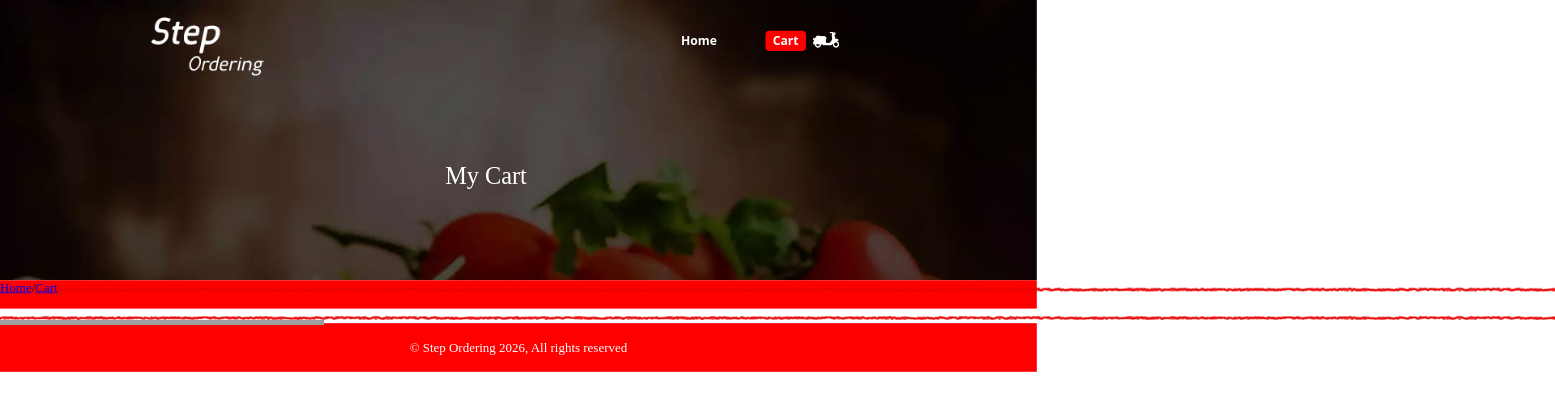
Repository: anastasia29-step/OnlineRestaurant
Page: Cart.html
The author's editor kept a copy of each file at every save. The page is drawn from the files as they stood at one save, then again after the next save.
The browser window is 1280 px wide. The page is 1920 px wide, so the pictures cover 1920 px, including what lies to the right of the window. The pictures show the whole page, at 81% of full size.
Pictures or frames that could not be fetched are drawn as grey boxes.

Above is the page before, as saved 2026-03-11 20:25:25.

### Cart.html
<!DOCTYPE html>
<html lang="en">
<head>
    <meta charset="UTF-8">
    <meta name="viewport" content="width=device-width, initial-scale=1.0">
    <title>Document</title>
    <link rel="stylesheet" href="./cart.css">
    <link rel="stylesheet" href="./style.css">
</head>
<body>
    <section class="FirstLine">

        <div class="beside" id="navbar">
            <div class="left">
                <a href="./index.html"><img src="./photo/logo.png" alt=""></a>
            </div>

            <div class="right">
                <a href="./index.html">Home</a>
                <a href="./Cart.html" class="a">Cart</a>
                <a href="./Cart.html">
                    <img src="./photo/istockphoto-609074524-612x612 Background Removed.png" alt=""></a>
            </div>
        </div>

        <div class="bottom">
            <h1>My Cart</h1>
        </div>

    </section>

        <img src="./photo/border.png" alt="">
    <section class="SecondLine">
        <a href="./index.html">Home</a>
        <p>/</p>
        <a href="./Cart.html">Cart</a>
    </section>
        <img src="./photo/border.png" alt="">


    <footer>
            <p>© Step Ordering 2026, All rights reserved</p>
    </footer>
</body>
</html>

### cart.css
* {
    margin: 0;
    padding: 0;
    box-sizing: border-box;
}

section.SecondLine {
    background-color: #FF0000;
    height: 35px;
    display: flex;
    width: 100%;
    margin-top: -18px;
}

.firBorder {
    width: 100%;
    height: 5px;
    margin-top: -15px;
}

### style.css
* {
    margin: 0;
    padding: 0;
    box-sizing: border-box;
}

.section {
    display: flex;
    flex-direction: column;
    justify-content: center;
    align-items: center;
    padding: 60px;
    gap: 10px;
}

section.section img {
    width: 80%;
    height: 5px;
    display: flex;
    justify-content: center;
    align-items: center;
}

.section h1 {
    font-style: bold;
    font-family: "Roboto Slab", serif;
    font-weight: 900;
}

ul {
    display: flex;
    justify-content: center;
    height: 80px;
    flex-wrap: wrap;
    list-style: none;
    font-weight: 400;
    gap: 18px;
    font-family: system-ui, -apple-system, BlinkMacSystemFont, 'Segoe UI', Roboto, Oxygen, Ubuntu, Cantarell, 'Open Sans', 'Helvetica Neue', sans-serif;
    align-items: center;
    margin-bottom: -12px;
}

ul::after {
    content: "";
    display: block;
    height: 6px;
    background-image: url("border.png");
    background-repeat: repeat-x;
    background-position: bottom;
}

.FirstLine {
    height: 48vh;
    background-image: url(./photo/inner_banner.jpg);
    background-position: center;
    background-repeat: no-repeat;
    background-size: cover;
    padding-left: 170px;
    padding-top: 20px;
}

.beside {
    position: fixed;
    top: 0;
    left: 0;
    width: 100%;
    display: flex;
    justify-content: space-between;
    padding: 20px 170px;
    transition: 0.3s;
    z-index: 1000;
}

.beside.active {
    background: rgba(5, 5, 5, 0.8);
}

.beside.active::after {
    content: "";
    position: absolute;
    bottom: 0;
    left: 0;
    width: 100%;
    height: 100px;
    background-image: url("photo/border.png");
    background-repeat: repeat-x;
    content: "";
    position: absolute;
    bottom: 0;
    left: 0;
    width: 100%;
    height: 5px;
    background-image: url("photo/border.png");
    background-repeat: repeat-x;
}

.beside .right {
    display: flex;
    gap: 20px;
    padding-right: 60px;
    padding-top: 20px;
}

.FirstLine .right :first-child:hover {
    color: #FFCC00;
}

.beside .right a {
    text-decoration: none;
    color: white;
    font-family: system-ui, -apple-system, BlinkMacSystemFont, 'Segoe UI', Roboto, Oxygen, Ubuntu, Cantarell, 'Open Sans', 'Helvetica Neue', sans-serif;
    font-size: 15px;
    font-weight: 700;
}

.beside .right .a {
    background-color: red;
    width: 50px;
    height: 25px;
    padding-top: 2px;
    text-align: center;
    border-radius: 5px;
    margin-top: -2px;
    margin-left: 40px;
}

.beside .right .a:hover+a img {
    transform: translateX(50px);
}

.beside .right img {
    width: 60px;
    margin-top: -21px;
    margin-left: -25px;
    transition: transform 3.0s;
}

.FirstLine .bottom h1 {
    text-align: center;
    color: white;
    margin-top: 180px;
    margin-right: 250px;
    font-size: 30px;
    font-weight: 500;
    font-family: "Roboto Slab", serif;
}

.section h1 {
    font-weight: 500;
    font-size: 35px;
}

ul li {
    height: 100%;
    font-size: 20px;
    cursor: pointer;
    transition: 0.5s;
    display: flex;
    flex-wrap: wrap;
    justify-content: center;
    align-items: center;
    padding: 5px;
    position: relative;
}

ul li:hover {
    background-color: red;
    color: white;
    position: relative;

}

ul li:hover::after {
    position: absolute;
    left: 0;
    right: 0;
    top: -4px;
    margin: auto;
    content: "";
    background: url(https://restaurant.stepprojects.ge/images/copyright_border.png);
    width: 100%;
    height: 6px;
    background-repeat: no-repeat;
}

ul li:hover::before {
    position: absolute;
    content: "";
    left: -4px;
    bottom: 0;
    top: 0;
    margin: auto;
    background: url(/photo/hover_Vbg.png);
    width: 6px;
}

.sectionCard {
    display: flex;
    width: 100%;
    padding: 60px;
    margin-top: -140px;
    justify-content: center;
}

.leftSide {
    width: 30%;
    padding: 40px;
    margin-left: 50px;
}

.filteredCard {
    width: 250px;
    height: 390px;
    display: flex;
    flex-direction: column;
    justify-content: space-between;
    align-items: center;
    padding: 20px;
    padding-bottom: 20px;
    background-color: #F1F1F1;
    border: 1px solid rgb(174, 172, 172);
    border-radius: 5px;
    font-family: system-ui, -apple-system, BlinkMacSystemFont, 'Segoe UI', Roboto, Oxygen, Ubuntu, Cantarell, 'Open Sans', 'Helvetica Neue', sans-serif;
    font-size: 18px;
    margin-left: 50px;

}

.filteredCard p {
    margin-top: -5px;
    margin-bottom: 10px;
}

.first {
    display: flex;
    width: 100%;
    justify-content: space-between;
}

.next {
    display: flex;
    align-items: center;
    text-align: center;
    width: 200px;
    height: 40px;
    gap: 10px;
    margin-top: -30px;
    margin-bottom: -10px;
}

.next .check {
    width: 20px;
    height: 20px;
    cursor: pointer;
    appearance: none;
    border: 2px solid grey;
    border-radius: 2px;
}
.next .check:checked {
    background-color: red;
    border: 2px solid red;
}
.next .check:checked::after {
    content: "✔";
    color: white;
    font-size: 14px;
    display: flex;
    justify-content: center;
    align-items: center;
}

.check:hover {
    border: 2px solid black;
}

.next p {
    font-size: 15px;
    margin-top: 5px;
}

.filteredCard button {
    height: 45px;
    width: 210px;
    background-color: #FF0000;
    color: white;
    border: none;
    border-radius: 5px;
    cursor: pointer;
    transition: 0.5s;
    font-size: 16px;
    font-family: system-ui, -apple-system, BlinkMacSystemFont, 'Segoe UI', Roboto, Oxygen, Ubuntu, Cantarell, 'Open Sans', 'Helvetica Neue', sans-serif;
    font-weight: 800;
}

.reset {
    margin-bottom: 25px;
}

.range {
    width: 90%;
    appearance: none;
    -webkit-appearance: none;
    margin-top: -40px;
}

.range::-webkit-slider-runnable-track {
    height: 10px;
    background: #FF0000;
    border-radius: 10px;
}

.range::-webkit-slider-thumb {
    appearance: none;
    -webkit-appearance: none;
    width: 20px;
    height: 20px;
    background-color: white;
    border-radius: 50%;
    border: 1px solid grey;
    cursor: pointer;
    margin-top: -6px;
}

.range::-moz-range-track {
    height: 6px;
    background-color: red;
    border-radius: 10px;
}

.range::-moz-range-thumb {
    width: 18px;
    height: 18px;
    background-color: white;
    border-radius: 50%;
    cursor: pointer;
}


.filteredCard button:hover {
    background-color: #FFCC00;
}

.rightSide {
    display: flex;
    justify-content: center;
    flex-wrap: wrap;
    padding: 40px;
    gap: 25px;
    margin-left: -150px;
}

.card {
    width: 250px;
    height: 420px;
    display: flex;
    flex-direction: column;
    align-items: center;
    justify-content: space-between;
    padding-bottom: 15px;
    border: 2px solid #CFCFCF;
    border-radius: 17px;
    cursor: pointer;
    transition: 0.5s;
    position: relative;
}

.card:hover {
    box-shadow: 0 0 20px black;
}
.card img {
    width: 100%;
    height: 202px;
    object-fit: cover;
    margin-top: -2px;
    border-top-left-radius: 17px;
    border-top-right-radius: 17px;
    background-color: #CFCFCF;
}

.card h1 {
    font-size: 20px;
    font-family: system-ui, -apple-system, BlinkMacSystemFont, 'Segoe UI', Roboto, Oxygen, Ubuntu, Cantarell, 'Open Sans', 'Helvetica Neue', sans-serif;
}

.sides {
    display: flex;
    justify-content: center;
    gap: 7px;
}

.checks {
    display: flex;
    gap: 3px;
}

.card .bottom {
    width: 100%;
    padding: 10px;
    display: flex;
    justify-content: space-between;
    align-items: center;
}

.card .bottom button {
    height: 38px;
    width: 104px;
    display: flex;
    justify-content: center;
    align-items: center;
    border: 2px double rgb(26, 26, 26);
    background-color: transparent;
    transition: 0.5s;
    cursor: pointer;
    position: relative;
}

.card .bottom button::before {
    content: "";
    top: -3px;
    left: -4px;
    position: absolute;
    background: url(/photo/bt_border.png);
    width: 108px;
    height: 42px;
}

.card .bottom button:hover {
    background-color: #FF0000;
    color: white;
    border: none;
}

.card .bottom button:hover::before {
    content: "";
    top: -3px;
    left: -4px;
    position: absolute;
    background: url(/photo/bt_hoverborder.png);
    width: 108px;
    height: 42px;
}

footer {
    background-color: #FF0000;
    height: 60px;
    width: 1200px;
    display: flex;
    justify-content: center;
    align-items: center;
    text-align: center;
    color: white;
    position: relative;
    float: left;
    width: 100%;
    padding: 18px;

}

footer::after {
    position: absolute;
    left: 0;
    right: 0;
    top: -4px;
    margin: auto;
    content: "";
    background: url(https://restaurant.stepprojects.ge/images/copyright_border.png);
    width: 100%;
    height: 6px;
    background-repeat: no-repeat;
}

After the next save:
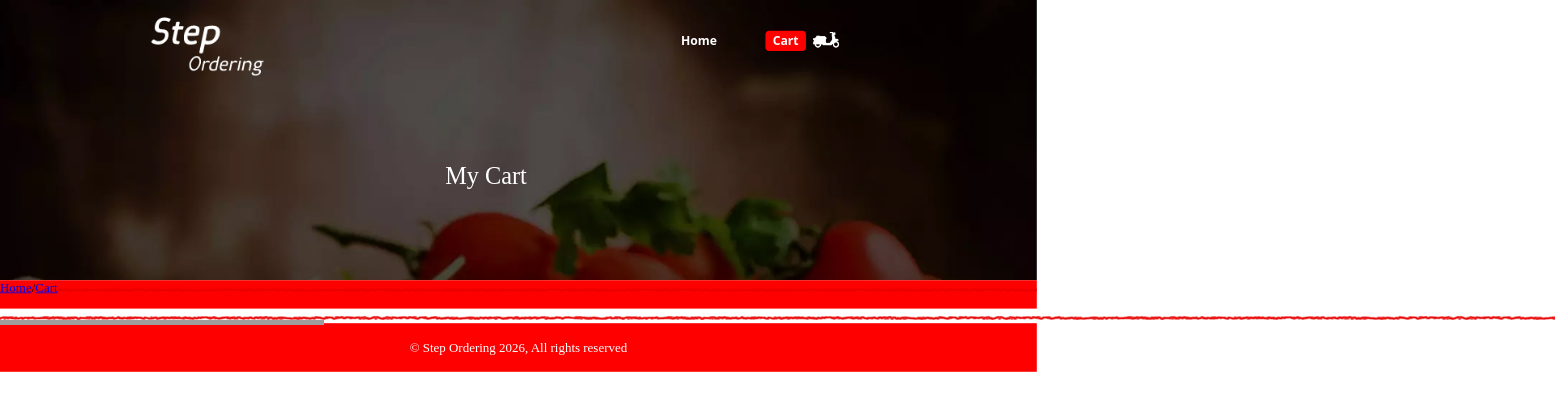
Saved 6 s later.
--- a/Cart.html
+++ b/Cart.html
@@ -29,13 +29,13 @@
 
     </section>
 
-        <img src="./photo/border.png" alt="">
+        <img src="./photo/border.png" alt="" class="firBorder">
     <section class="SecondLine">
         <a href="./index.html">Home</a>
         <p>/</p>
         <a href="./Cart.html">Cart</a>
     </section>
-        <img src="./photo/border.png" alt="">
+        <img src="./photo/border.png" alt="" class="Secborder">
 
 
     <footer>
